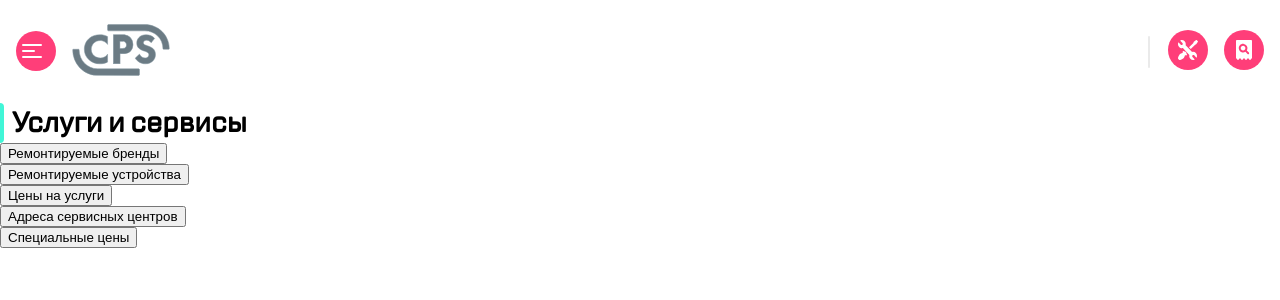
Repository: sem1103/bem
Page: index.html
The author's editor kept a copy of each file at every save. The page is drawn from the files as they stood at one save, then again after the next save.
The browser window is 1280 px wide. The pictures show the whole page.

Above is the page before, as saved 2023-12-27 11:01:12.

After the next save:
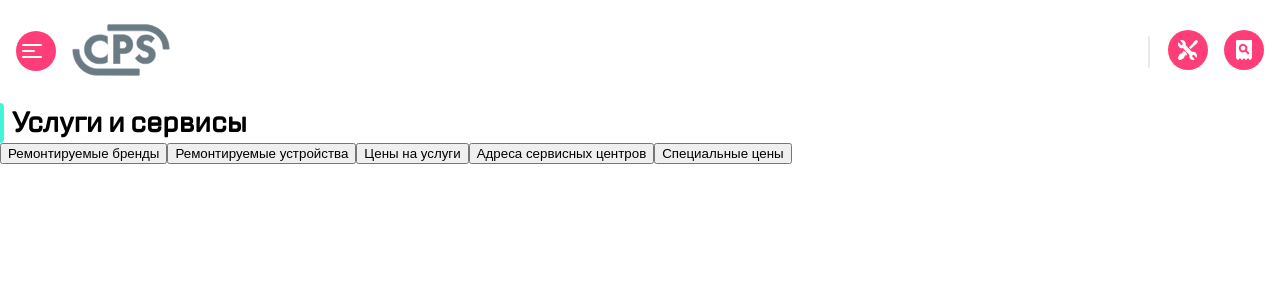
Saved 113 s later.
--- a/styles/main.css
+++ b/styles/main.css
@@ -92,3 +92,7 @@
     border-radius: 1px;
     background-color: #EAEAEA;
 }
+
+.navigation__list{
+    display: flex;
+}
